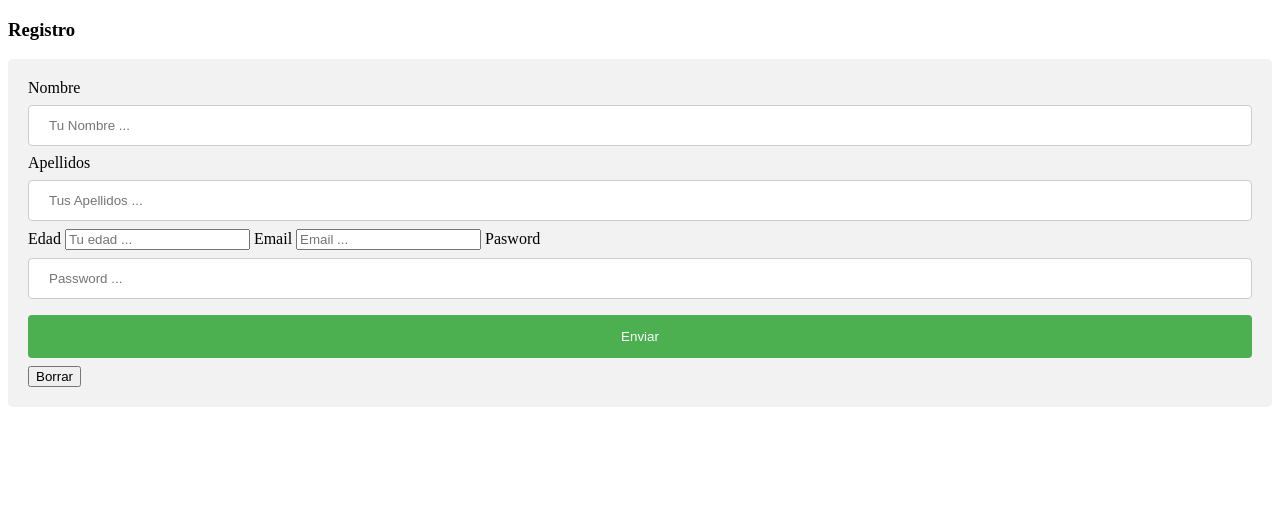
Repository: nachmz42/ProyectoJoker
Page: http://localhost/Joker/registro.jsp
These files come from the project's save history. The page is drawn as it stood at one moment and after the next save; the edit follows.
The browser window is 1280 px wide. The pictures show the whole page.
The page is served by Tomcat 9. Other server files are loaded and not shown.

Above is the page before, as saved 2021-06-30 16:44:54.

### Joker/src/main/webapp/registro.jsp
<%@ page language="java" contentType="text/html; charset=ISO-8859-1"
    pageEncoding="ISO-8859-1"%>
<!DOCTYPE html>
<html>
<head>
<meta charset="ISO-8859-1">
<title>Registro</title>
<link rel="stylesheet" href="STYLE/css/formularios.css"></link>

</head>
<body>
<h3>Registro</h3>

<div>
  <form action="/Joker/ServletResgistro" method="post">
    <label for="nombre">Nombre</label>
    <input type="text" id="nombre" name="nombre" placeholder="Tu Nombre ...">

    <label for="apellidos">Apellidos</label>
    <input type="text" id="apellidos" name="apellidos" placeholder="Tus Apellidos ...">

    <label for="edad">Edad</label>
    <input type="number" id="edad" name="edad" placeholder="Tu edad ...">

    <label for="email">Email</label>
    <input type="email" id="email" name="email" placeholder="Email ...">

    <label for="password">Pasword</label>
    <input type="text" id="password" name="password" placeholder="Password ...">

    <input type="submit" value="Enviar"><br>
    <input type="reset" value="Borrar"><br>
  </form>
</div>
</body>
</html>

### Joker/src/main/webapp/STYLE/css/formularios.css
@charset "ISO-8859-1";

input[type=text], select {
  width: 100%;
  padding: 12px 20px;
  margin: 8px 0;
  display: inline-block;
  border: 1px solid #ccc;
  border-radius: 4px;
  box-sizing: border-box;
}

input[type=submit] {
  width: 100%;
  background-color: #4CAF50;
  color: white;
  padding: 14px 20px;
  margin: 8px 0;
  border: none;
  border-radius: 4px;
  cursor: pointer;
}

input[type=submit]:hover {
  background-color: #45a049;
}

div {
  border-radius: 5px;
  background-color: #f2f2f2;
  padding: 20px;
}

After the next save:
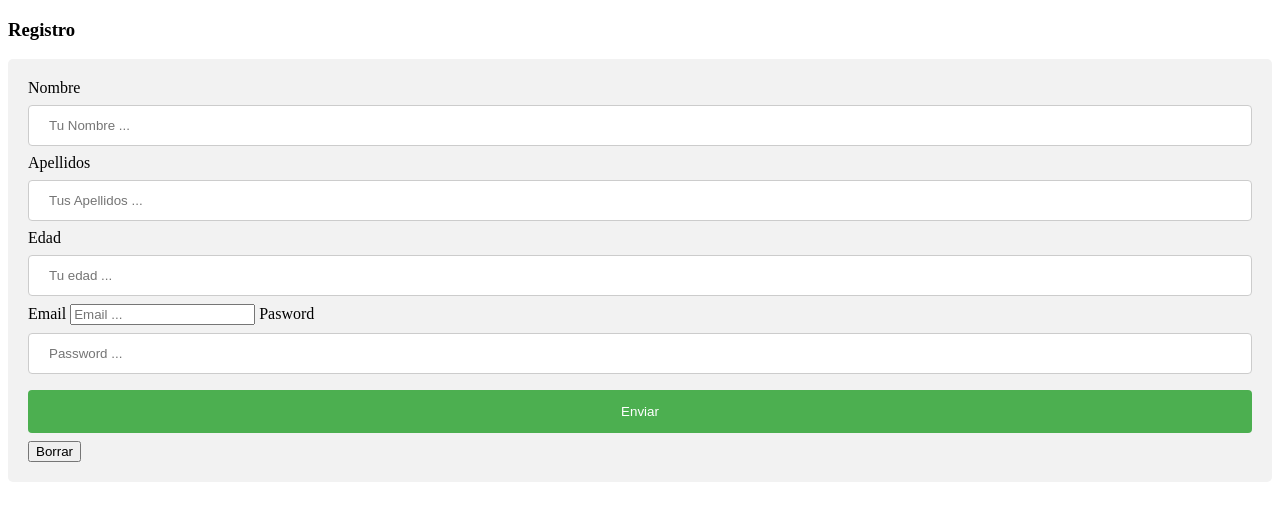
Saved 62 s later.
--- a/Joker/src/main/webapp/registro.jsp
+++ b/Joker/src/main/webapp/registro.jsp
@@ -20,7 +20,7 @@
     <input type="text" id="apellidos" name="apellidos" placeholder="Tus Apellidos ...">
 
     <label for="edad">Edad</label>
-    <input type="number" id="edad" name="edad" placeholder="Tu edad ...">
+    <input type="text" id="edad" name="edad" placeholder="Tu edad ...">
 
     <label for="email">Email</label>
     <input type="email" id="email" name="email" placeholder="Email ...">
